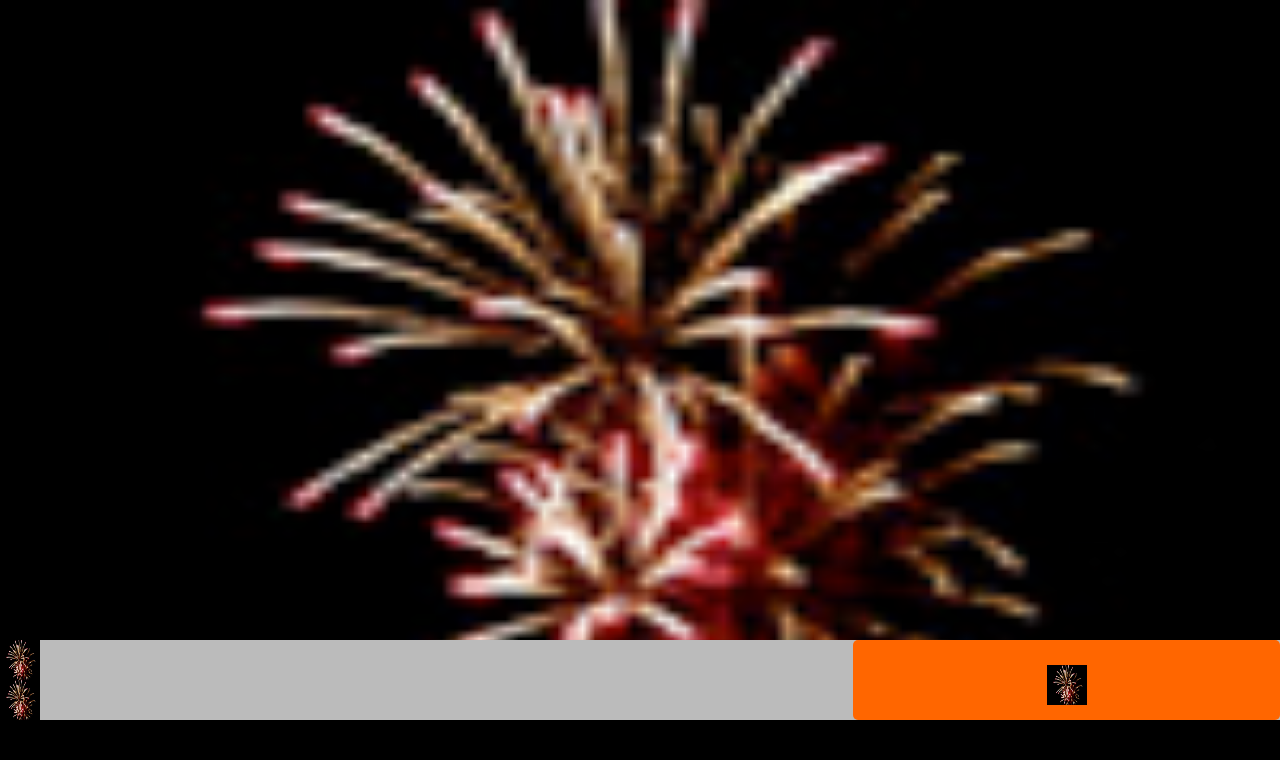
Repository: wangxinjun08231116/Html5Views
Page: WangXinJun/WebContent/htmls/QCF/shouye.html
The author's editor kept a copy of each file at every save. The page is drawn from the files as they stood at one save, then again after the next save.
The browser window is 1280 px wide. The pictures show the whole page.

Above is the page before, as saved 2015-01-21 01:56:29.

### WangXinJun/WebContent/htmls/QCF/shouye.html
<!DOCTYPE HTML>
<html>
<head>
<meta http-equiv="Content-Type" content="text/html; charset=utf-8">
<title>test</title>
 <link href="/WangXinJun/css/QCF/shouye.css" rel="stylesheet" type="text/css"/>
</head>


<body>
<div class="container" >
        <img class = "image" src="/WangXinJun/images/js06/thumbnail_fireworks.jpg" >
</div>
<div class="btContainer" >
<div class="submit-btn" >
	<img class = "bottomImage" src="/WangXinJun/images/js06/thumbnail_fireworks.jpg" >
</div>
<div class="bottomImage" >
	<img class = "image" src="/WangXinJun/images/js06/thumbnail_fireworks.jpg" >
</div>
<div class="bottomImage" >
	<img class = "image" src="/WangXinJun/images/js06/thumbnail_fireworks.jpg" >
</div>


</div>
</body>
</html>

### WangXinJun/WebContent/css/QCF/shouye.css

* {margin:0;padding:0;}

html{
	height:100%;width:100%;
}
body {height:100%;width:100%;background:#000;
}

.container {width:100%;height:100%;background:#000;


}

.image{width:100%;height:100%;background:#ccc;}
.bottomImage{width:40px;height:40px;background:#ccc;}


.btContainer{width:100%;height:80px;background:#bbb;
position:absolute;
bottom:0px;
}

.submit-btn {
	position:relative;
	bottom:0px;
    height:100%;
    background-color: #f60;
    border-radius: 5px;
    color: #fff;
    font-size: 16px;
    font-weight: bold;
    width:33.33%;
    line-height:120px;
	float:right;
	color: #fff;
    font-size: 16px;
    text-align:center;

}

After the next save:
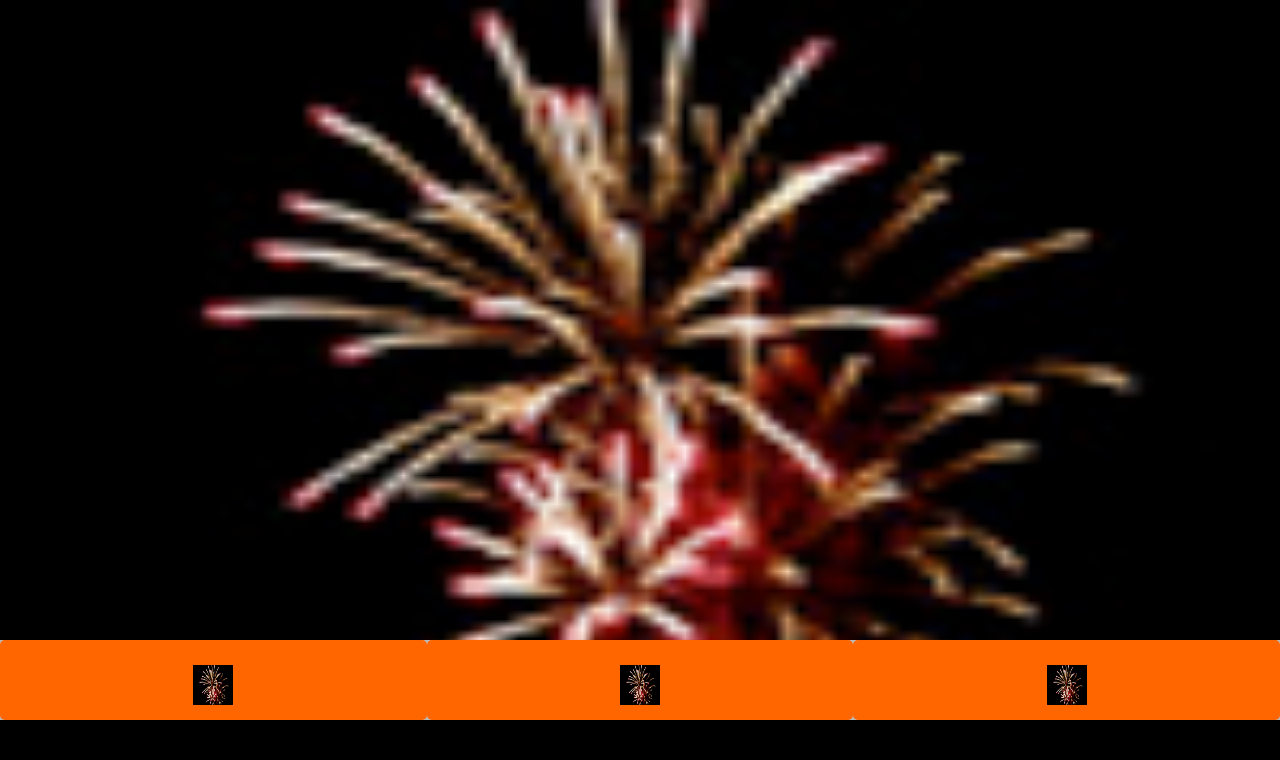
Saved 93 s later.
--- a/WangXinJun/WebContent/htmls/QCF/shouye.html
+++ b/WangXinJun/WebContent/htmls/QCF/shouye.html
@@ -15,11 +15,11 @@
 <div class="submit-btn" >
 	<img class = "bottomImage" src="/WangXinJun/images/js06/thumbnail_fireworks.jpg" >
 </div>
-<div class="bottomImage" >
-	<img class = "image" src="/WangXinJun/images/js06/thumbnail_fireworks.jpg" >
+<div class="submit-btn" >
+	<img class = "bottomImage" src="/WangXinJun/images/js06/thumbnail_fireworks.jpg" >
 </div>
-<div class="bottomImage" >
-	<img class = "image" src="/WangXinJun/images/js06/thumbnail_fireworks.jpg" >
+<div class="submit-btn" >
+	<img class = "bottomImage" src="/WangXinJun/images/js06/thumbnail_fireworks.jpg" >
 </div>
 
 
